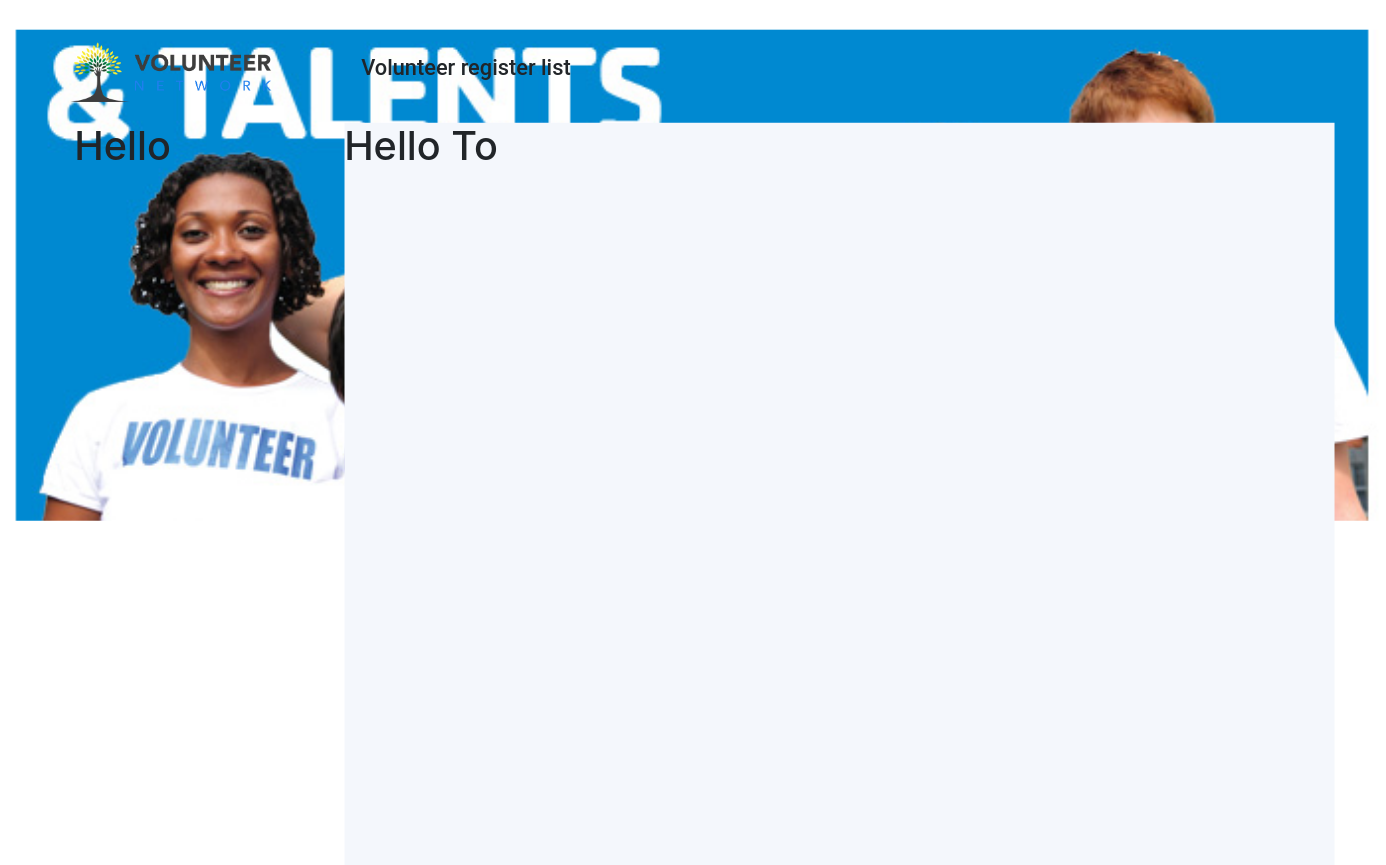
Repository: MdTahsinAmin/volunteer-network-client
Page: /adminPanel
The author's editor kept a copy of each file at every save. The page is drawn from the files as they stood at one save, then again after the next save.
The browser window is 1280 px wide. The page is 1400 px wide, so the pictures cover 1400 px, including what lies to the right of the window. The pictures show the whole page, at 99% of full size.
The project was rebuilt for these pictures with package versions that can differ from the ones it lists, and the page was loaded fresh each time.

Above is the page before, as saved 2020-10-04 23:14:05.

After the next save:
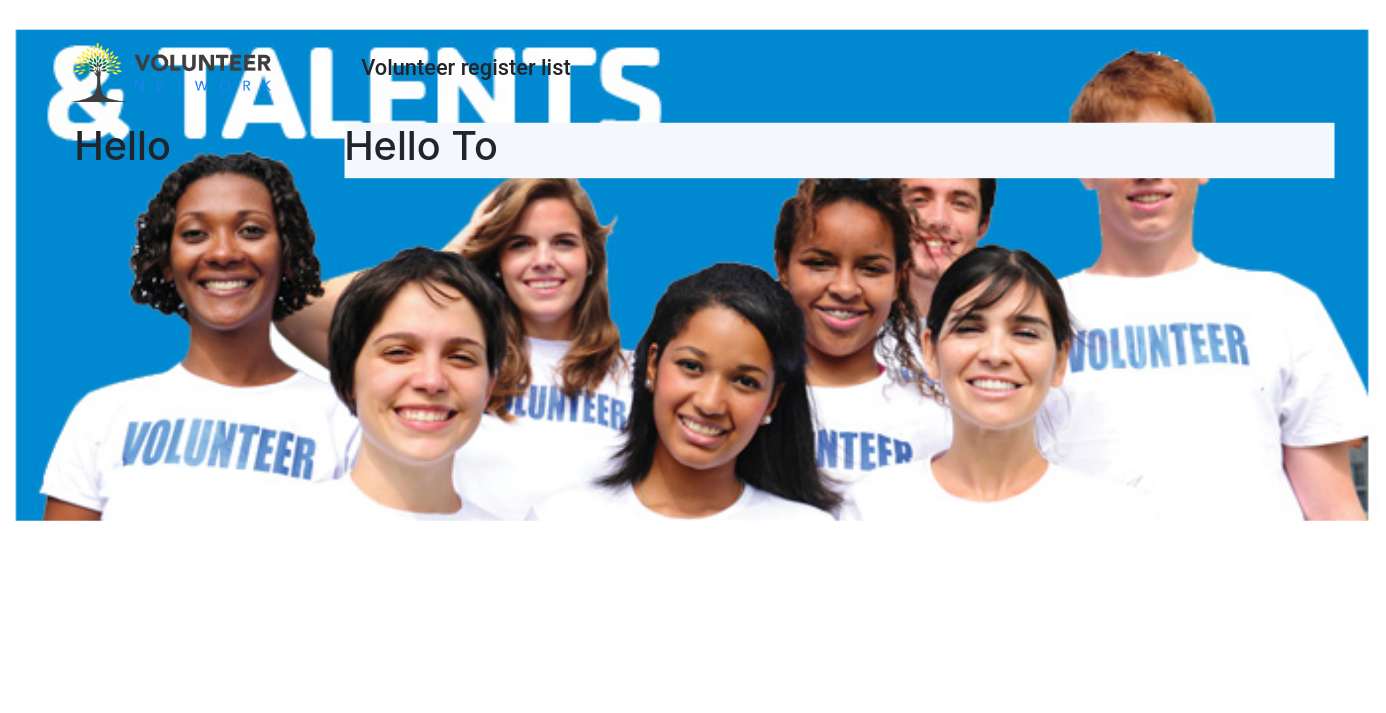
Saved 19 s later.
--- a/src/components/AdminPanel/AdminPanel.css
+++ b/src/components/AdminPanel/AdminPanel.css
@@ -27,6 +27,5 @@
     margin-top:8px;
     margin-left:175px;
     width: 1000px;
-    height: 750px;
     background: #F4F7FC;
 }
